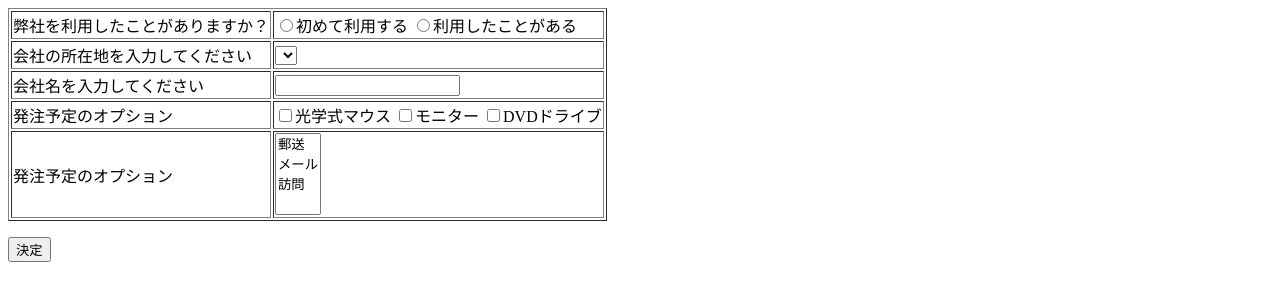
Repository: ict20215/ict
Page: http://localhost/test/jsp/Rei08_request.jsp
These files come from the project's save history. The page is drawn as it stood at one moment and after the next save; the edit follows.
The browser window is 1280 px wide. The pictures show the whole page.
The page is served by Tomcat 9. Other server files are loaded and not shown.

Above is the page before, as saved 2021-10-20 05:34:38.

### test/WebContent/jsp/Rei08_request.jsp
<%@ page contentType="text/html; charset=UTF-8"%>
<%@ taglib uri="http://java.sun.com/jsp/jstl/core" prefix="s" %>
<!DOCTYPE html>
<html>
<head>
<meta http-equiv="content-type" content="text/html; charset=UTF-8">
<title>rei08_request.jsp</title>
</head>
<body>

	<form action="../a" method="POST">
		<table border="1">
			<tr>
				<td>弊社を利用したことがありますか？</td>
				<td><input type="radio" name="sei" value="初めて利用する">初めて利用する <input
					type="radio" name="sei" value="利用したことがある">利用したことがある</td>
			</tr>
			<tr>
				<td>会社の所在地を入力してください</td>
				<td>
				    <select name="nen">
							<option value="東京都"></option>
							<option value="埼玉県"></option>
                    </select>
        		</td>
			</tr>
			<tr>
				<td>会社名を入力してください</td>
				<td>
					<input type="text" name="mosidoki" value="">
				</td>
			</tr>
			<tr>
				<td>発注予定のオプション</td>
				<td>
					<input type="checkbox" name="mosidoki" value="パンフレット">光学式マウス
					<input type="checkbox" name="mosidoki" value="ホームページ">モニター
					<input type="checkbox" name="mosidoki" value="会社指示">DVDドライブ
				</td>

			</tr>
			<tr>
				<td>発注予定のオプション</td>
				<td>
					<select name="seminar" multiple="multiple">
						<option value="Javaデザインパターン">郵送</option>
						<option value="Spring">メール</option>
						<option value="JSF">訪問</option>
					</select>
				</td>

			</tr>
		</table>
		<p>
			<input type="submit" value="決定">
		</p>
	</form>
</body>
</html>

After the next save:
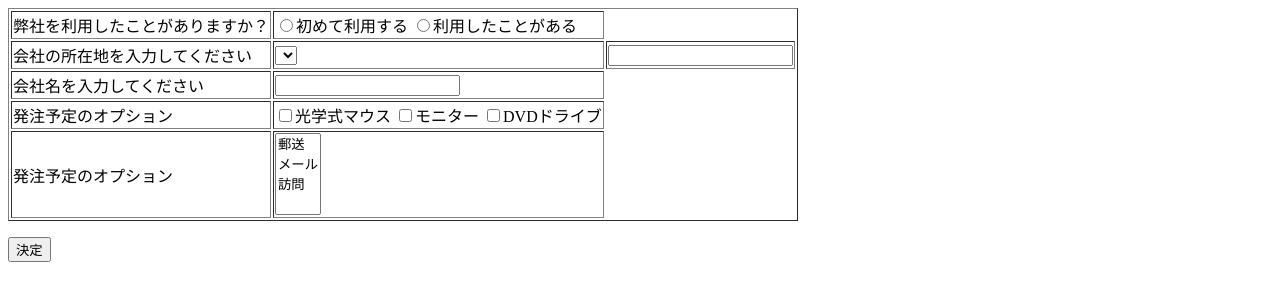
Saved 4 min 7 s later.
--- a/test/WebContent/jsp/Rei08_request.jsp
+++ b/test/WebContent/jsp/Rei08_request.jsp
@@ -22,6 +22,9 @@
 							<option value="東京都"></option>
 							<option value="埼玉県"></option>
                     </select>
+        		</td>
+        		<td>
+					<input type="text" name="tokoro" value="">
         		</td>
 			</tr>
 			<tr>
